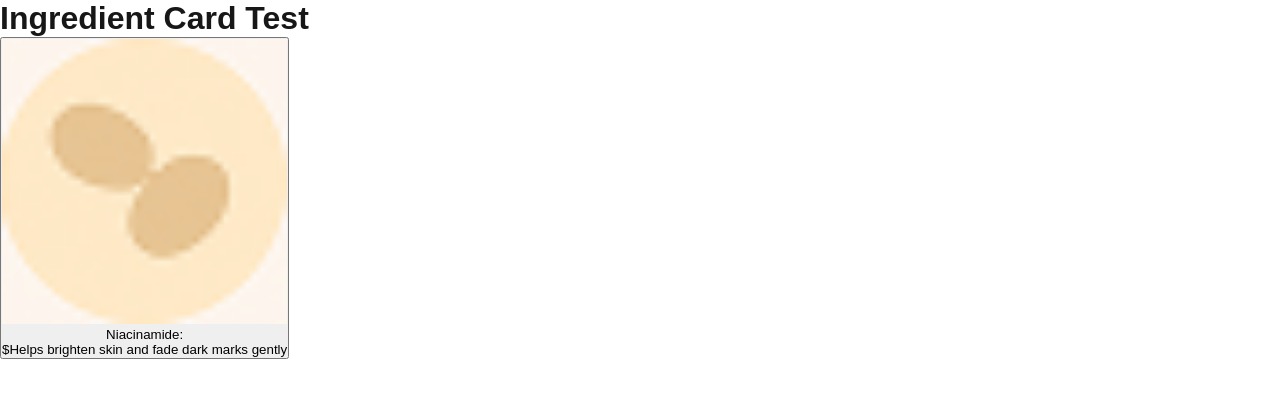
Repository: Esteb4ncd/DermaKnight_WebApp
Page: / (app in dermaknight/)
The author's editor kept a copy of each file at every save. The page is drawn from the files as they stood at one save, then again after a run of saves.
The browser window is 1280 px wide. The pictures show the whole page.
The project was rebuilt for these pictures with package versions that can differ from the ones it lists, and the page was loaded fresh each time. The framework's server and built-in components were replaced by stand-ins that run in the browser. Also part of the build but not shown: dermaknight/next.config.mjs.

Above is the page before, as saved 2025-05-08 13:55:40.

### dermaknight/app/layout.js
import { Geist, Geist_Mono } from "next/font/google";
import "./globals.css";

const geistSans = Geist({
  variable: "--font-geist-sans",
  subsets: ["latin"],
});

const geistMono = Geist_Mono({
  variable: "--font-geist-mono",
  subsets: ["latin"],
});

export const metadata = {
  title: "DermaKnight",
  description: "Skincare made easy for you",
};

export default function RootLayout({ children }) {
  return (
    <html lang="en">
      <body className={`${geistSans.variable} ${geistMono.variable}`}>
        {children}
      </body>
    </html>
  );
}

### dermaknight/app/page.js
// import Image from "next/image";
import styles from "./page.module.css";
import Ingredients from "./ui/ingredientCard/ingredientCard";

// my imports:
// import styles from "ingredientCard.module.css";
// import Product from "@/_ui/ingredientCard/ingredientCard.js";


const ingredients = [
  {
      name: "Niacinamide:",
      image: "/ingredients/image_1.png",
      description: "Helps brighten skin and fade dark marks gently",
  },
  {
      name: "Vitamin C:",
      image: "/ingredients/image_2.png",
      description: "Antioxidant that evens out skin tone",
  },
  {
      name: "Ceramides:",
      image: "/ingredients/image_1.png",
      description: "Calms irritation and fades post-acne spots",
  },
  {
      name: "Retinol:",
      image: "/ingredients/image_2.png",
      description: "A vitamin A derivative that speeds up skin cell turnover.",
  },
];


export default function Home() {
  return (
    <div>
      <header className={styles.header}>
        <h1>Ingredient Card Test</h1>
      </header>

      <main className={styles.main}>
        <section className={styles.ingredient}>
          {ingredients
            .filter((ingredients) => ingredients.name === "Niacinamide:")
            .map((ingredients) => {

              return (
                <Ingredients
                  image={ingredients.image}
                  name={ingredients.name}
                  description={ingredients.description}
                />
              )
            }
          )}

        </section>
      </main>
    </div>
  )
}

### dermaknight/app/globals.css
:root {
  --background: #ffffff;
  --foreground: #171717;
}

:root {
  --color-text: #1C0E13;
  --color-labels: #5A5757;
  --color-button-bg: #444752;
  --color-button-text: #ffffff;
  --color-header-bg: #E0E8FF;
  --color-green: #5B9253;
  --color-yellow: #FFF48D;
  --color-quiz-button: #EAEFFF;


  --font-main: 'Lexend', sans-serif;
  --text-h1: 40px;
  --line-h1: 44px;

  --text-h2: 34px;
  --line-h2: 38px;

  --text-h3: 28px;
  --line-h3: 32px;

  --text-h4: 20px;
  --line-h4: 24px;

  --text-body: 16px;
  --line-body: 20px;

  --text-body-bold: 16px;
  --line-body-bold: 24px;

  --text-label: 14px;
  --line-label: 18px;

  --text-body-medium: 16px;
  --line-body-medium: 20px;

  --text-body-large: 20px;
  --line-body-large: 20px;

  --text-label-small: 12px;
  --line-label-small: 16px;

  --text-tags: 13px;
  --line-tags: 24.3px;

  --text-h3-bold: 28px;
  --line-h3-bold: 32px;

  --text-h3-large: 36px;
  --line-h3-large: 32px;

  --text-h3-large-bold: 36px;
  --line-h3-large-bold: 32px;
}

/* HEADINGS */
.h1 {
  font-family: var(--font-main);
  font-size: var(--text-h1);
  line-height: var(--line-h1);
  font-weight: 700;
}

.h2 {
  font-size: var(--text-h2);
  line-height: var(--line-h2);
  font-weight: 600;
}

.h3 {
  font-size: var(--text-h3);
  line-height: var(--line-h3);
  font-weight: 600;
}
.h3-bold {
  font-size: var(--text-h3-bold);
  line-height: var(--line-h3-bold);
  font-weight: 700;
}

.h3-large {
  font-size: var(--text-h3-large);
  line-height: var(--line-h3-large);
  font-weight: 600;
}

.h3-large-bold {
  font-size: var(--text-h3-large-bold);
  line-height: var(--line-h3-large-bold);
  font-weight: 700;
}

.h4 {
  font-size: var(--text-h4);
  line-height: var(--line-h4);
  font-weight: 600;
}

/* BODY TEXT */
.body {
  font-size: var(--text-body);
  line-height: var(--line-body);
  font-weight: 400;
}

.body-bold {
  font-size: var(--text-body-bold);
  line-height: var(--line-body-bold);
  font-weight: 700;
}
.body-medium {
  font-size: var(--text-body-medium);
  line-height: var(--line-body-medium);
  font-weight: 500;
}

.body-large {
  font-size: var(--text-body-large);
  line-height: var(--line-body-large);
  font-weight: 400;
}

.body-large-bold {
  font-size: var(--text-body-large);
  line-height: var(--line-body-large);
  font-weight: 600;
}

/* LABELS */
.label {
  font-size: var(--text-label);
  line-height: var(--line-label);
  font-weight: 400;
}

.label-medium {
  font-size: var(--text-label);
  line-height: var(--line-label);
  font-weight: 500;
}

  .label-small {
    font-size: var(--text-label-small);
    line-height: var(--line-label-small);
    font-weight: 400;
  }

  .tags {
    font-size: var(--text-tags);
    line-height: var(--line-tags);
    font-weight: 400;
  }









@media (prefers-color-scheme: dark) {
  :root {
    --background: #0a0a0a;
    --foreground: #ededed;
  }
}

html,
body {
  max-width: 100vw;
  overflow-x: hidden;
}

body {
  color: var(--foreground);
  background: var(--background);
  font-family: Arial, Helvetica, sans-serif;
  -webkit-font-smoothing: antialiased;
  -moz-osx-font-smoothing: grayscale;
}

* {
  box-sizing: border-box;
  padding: 0;
  margin: 0;
}

a {
  color: inherit;
  text-decoration: none;
}

@media (prefers-color-scheme: dark) {
  html {
    color-scheme: dark;
  }
}






/* styles for signup */
.auth-container {
  padding: var(--space-xl);
  max-width: 400px;
  margin: 0 auto;
  text-align: center;
}

.auth-title {
  text-align: left;
}

.auth-form input {
  width: 100%;
  padding: var(--space-sm);
  margin-bottom: var(--space-sm);
  font-size: var(--text-body);
  border: 1px solid var(--color-input-border);
  border-radius: var(--radius-sm);
  background-color: var(--color-input-bg);
}

.auth-btn {
  width: 100%;
  padding: var(--space-sm);
  margin-top: var(--space-sm);
  font-size: var(--text-body);
  font-weight: 600;
  border-radius: var(--radius-md);
  cursor: pointer;
  transition: 0.2s ease;
}

.auth-btn.primary {
  background-color: var(--color-button-bg);
  color: var(--color-button-text);
  border: none;
}

.auth-btn.primary:hover {
  background-color: var(--color-button-hover);
}

.auth-btn.secondary {
  background-color: transparent;
  color: var(--color-text);
  border: 1px solid var(--color-border);
}

### dermaknight/app/ui/ingredientCard/ingredientCard.js
import styles from "./ingredientCard.module.css";
import Image from "next/image";

// const ingredients = [
//     {
//         name: "Niacinamide:",
//         image: "/ingredients/image_1.png",
//         description: "Helps brighten skin and fade dark marks gently",
//     },
//     {
//         name: "Vitamin C:",
//         image: "/ingredients/image_2.png",
//         description: "Antioxidant that evens out skin tone",
//     },
//     {
//         name: "Ceramides:",
//         image: "/ingredients/image_1.png",
//         description: "Calms irritation and fades post-acne spots",
//     },
//     {
//         name: "Retinol:",
//         image: "/ingredients/image_2.png",
//         description: "A vitamin A derivative that speeds up skin cell turnover.",
//     },
// ];

function Ingredients({ name, image, description }) {
    let descriptionClasses;
    let ingredientDescription = description;

    // if(defaultState) {
    //     ingredientType = styles.recommendedIngredient;
    //     name = "Niacinamide";
    // }

    return (
        <button>
            <img className={styles.ingredient__image} src={image} />
            <p className={styles.ingredient__name}>{name}</p>
            <p className={descriptionClasses}>${description}</p>
        </button>
    );
}

export default Ingredients;

### dermaknight/app/ui/ingredientCard/ingredientCard.module.css
.ingredient {
    display: flex;
    gap: 10px;
    flex-direction: column;
}

.ingredient__image {
    width: 100%;
}

.ingredient__description {
    font-weight: bold;
}

Loaded but not shown: dermaknight/app/page.module.css (common file)

After the next 4 saves:
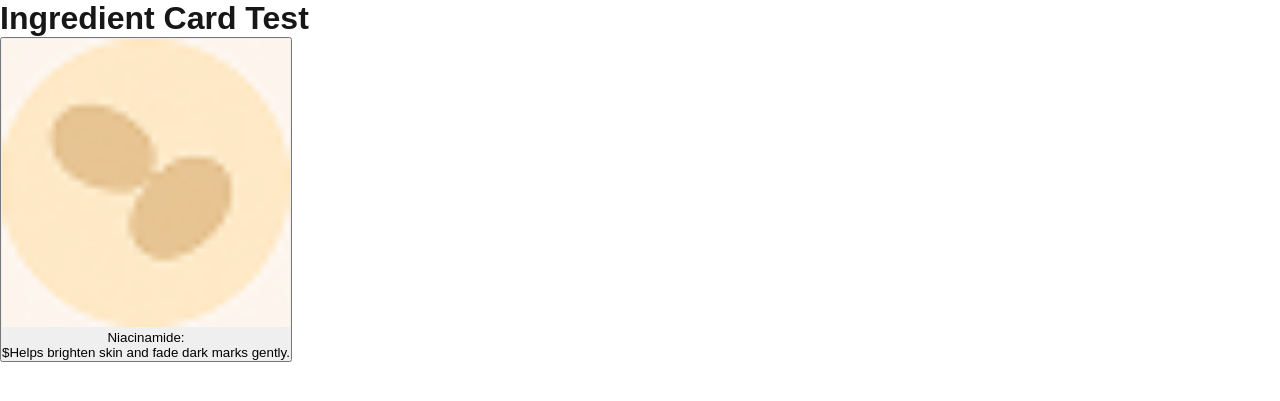
The 4 saves are shown as one change because 1 did not build or start and some came seconds apart.
The last was saved 16 s later.
--- a/dermaknight/app/page.js
+++ b/dermaknight/app/page.js
@@ -11,7 +11,7 @@ const ingredients = [
   {
       name: "Niacinamide:",
       image: "/ingredients/image_1.png",
-      description: "Helps brighten skin and fade dark marks gently",
+      description: "Helps brighten skin and fade dark marks gently.",
   },
   {
       name: "Vitamin C:",
